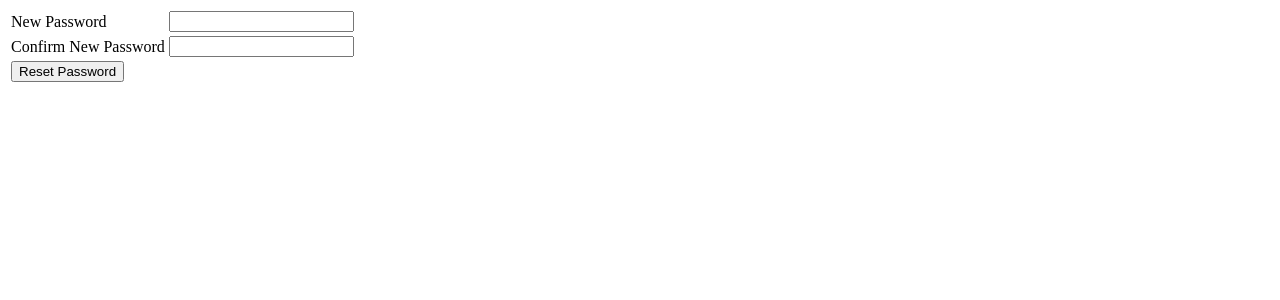
Repository: avchen0/Avensys
Page: Java/FirstProgram/src/main/webapp/resetPwd.html
The author's editor kept a copy of each file at every save. The page is drawn from the files as they stood at one save, then again after the next save.
The browser window is 1280 px wide. The pictures show the whole page.

Above is the page before, as saved 2021-08-10 08:04:02.

### Java/FirstProgram/src/main/webapp/resetPwd.html
<!DOCTYPE html>
<html>
<head>
<meta charset="UTF-8">
<title>Reset Password</title>
</head>
<body>
<form action="ResetPwd">
	<table>
		<tr>
			<td>New Password</td><td><input type="password" name="newpwd"></td>
		</tr>
		<tr>
			<td>Confirm New Password</td><td><input type="password" name="cnewpwd"></td>
		</tr>
		<tr>
			<td><input type="submit" value="Reset Password"></td>
		</tr>
	</table>
</form>
</body>
</html>

After the next save:
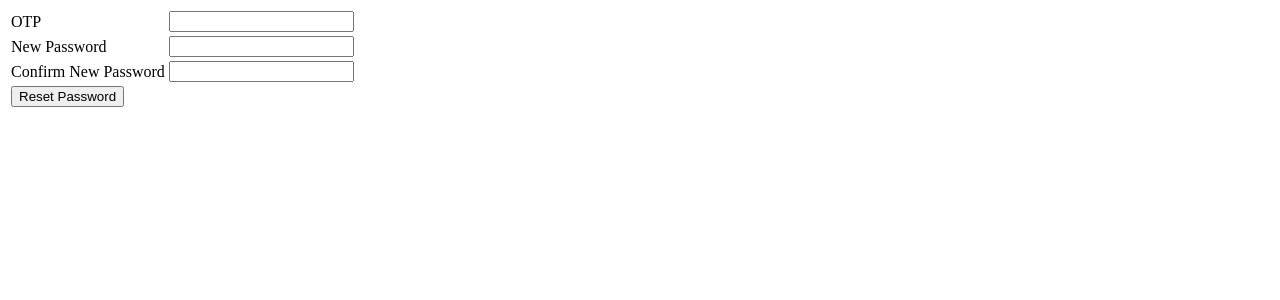
Saved 12 min 16 s later.
--- a/Java/FirstProgram/src/main/webapp/resetPwd.html
+++ b/Java/FirstProgram/src/main/webapp/resetPwd.html
@@ -7,6 +7,9 @@
 <body>
 <form action="ResetPwd">
 	<table>
+		<tr>
+			<td>OTP</td><td><input type="text" name="otp"></td>
+		</tr>
 		<tr>
 			<td>New Password</td><td><input type="password" name="newpwd"></td>
 		</tr>
